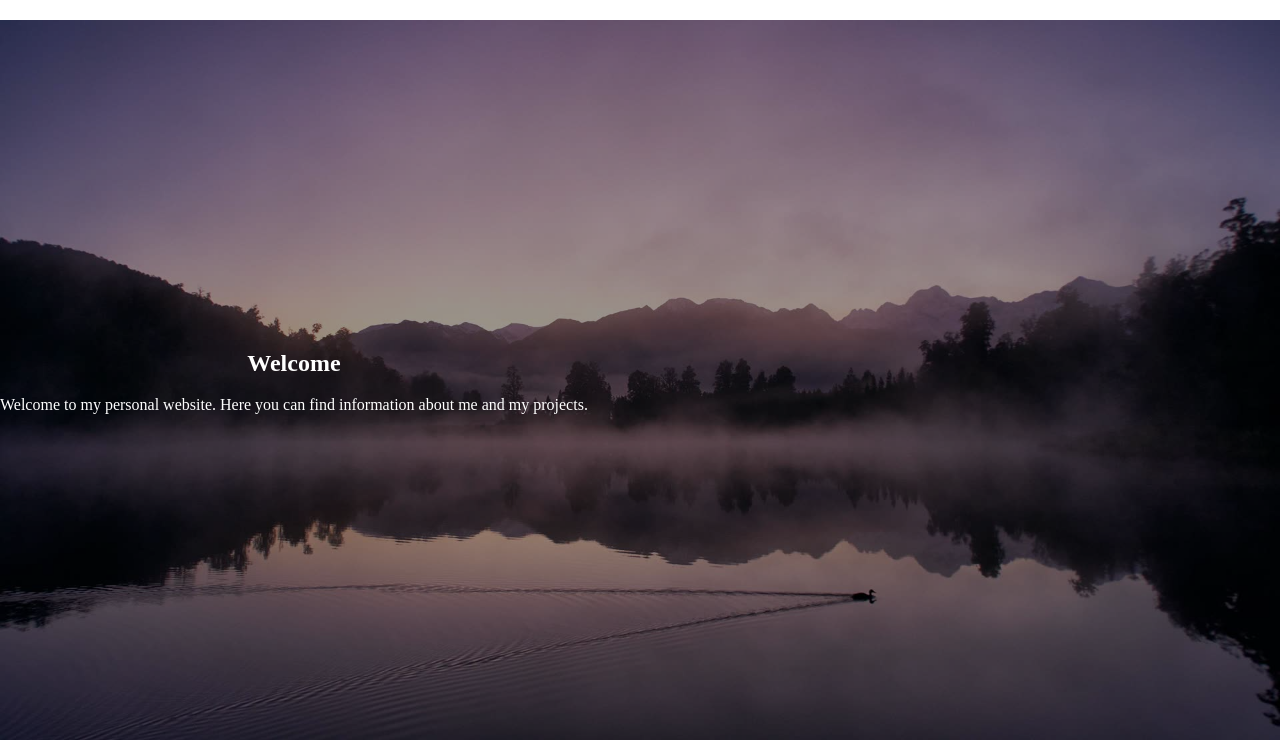
Repository: cydxf/cydxf.github.io
Page: index.html
The author's editor kept a copy of each file at every save. The page is drawn from the files as they stood at one save, then again after the next save.
The browser window is 1280 px wide. The pictures show the whole page.

Above is the page before, as saved 2024-08-02 01:47:19.

### index.html
<!DOCTYPE html>
<html lang="en">
<head>
    <meta charset="UTF-8">
    <meta name="viewport" content="width=device-width, initial-scale=1.0">
    <title>My Personal Website</title>
    <link rel="stylesheet" href="css/styles.css">
</head>
<body>
    <main>
        <section id="home" class="hero">
            <div class="hero-content">
                <h2>Welcome</h2>
                <p>Welcome to my personal website. Here you can find information about me and my projects.</p>
            </div>
        </section>
        <section id="about">
            <h2>About Me</h2>
            <p>This is the about section where you can find more information about me.</p>
        </section>
        <section id="projects">
            <h2>Projects</h2>
            <p>Here are some of my recent projects.</p>
            <ul>
                <li>Project 1</li>
                <li>Project 2</li>
                <li>Project 3</li>
            </ul>
        </section>
        <section id="contact">
            <h2>Contact</h2>
            <p>If you want to get in touch, please contact me via email.</p>
        </section>
    </main>
    <footer>
        <p>&copy; 2024 Huang Jiaxi</p>
    </footer>
    <script src="js/script.js"></script>
    </head>
</body>
</html>

### css/styles.css
body, html {
    margin: 0;
    padding: 0;
    height: 100%;
    width: 100%;
}

.hero {
    position: absolute;
    width: 100%;
    height: 100vh; /* Viewport height */
    left: 0;
    top: 0;
    background-image: url('../resource/image/1.png'); /* 首页大图  */
    background-size: cover;
    background-position: center;
    background-repeat: no-repeat;
    color: #fff;
    display: flex;
    justify-content: left;
    align-items: center;
    text-align: center;
    color: #fff;
}

.hero:before{
    content: '';
    position: absolute;
    top: 0;
    left: 0;
    width: 100%;
    height: 100%;
    background: rgba(0, 0, 0, 0.4);
    z-index: 1;
}

.hero-content {
    position: relative;
    z-index: 2;
}



main {
    padding: 20px;
}

section {
    margin: 20px 0;
}

footer {
    background: #333;
    color: #fff;
    text-align: center;
    padding: 10px;
}

footer p {
    margin: 0;
}

### js/script.js
document.addEventListener("DOMContentLoaded", function() {
    const links = document.querySelectorAll("nav ul li a");

    links.forEach(link => {
        link.addEventListener("click", function(event) {
            event.preventDefault();
            const targetId = this.getAttribute("href").substring(1);
            const targetSection = document.getElementById(targetId);
            window.scrollTo({
                top: targetSection.offsetTop,
                behavior: "smooth"
            });
        });
    });
});

After the next save:
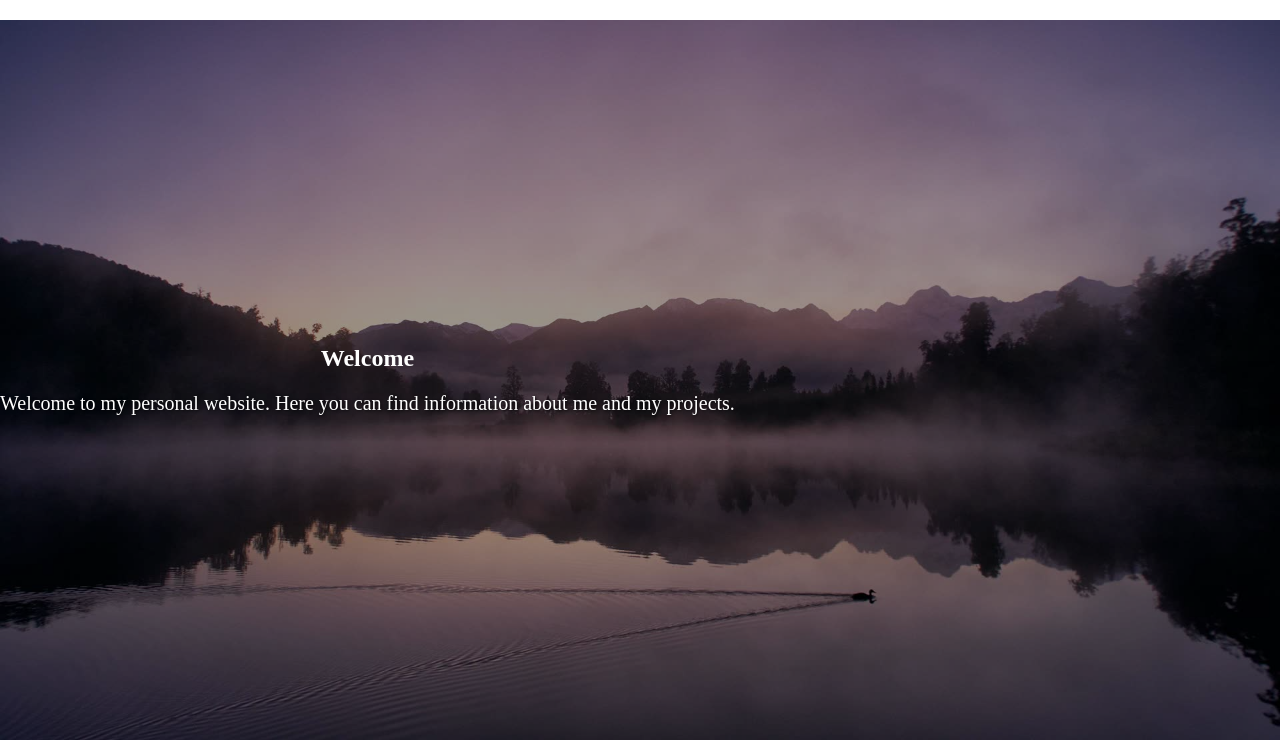
Saved 7 s later.
--- a/css/styles.css
+++ b/css/styles.css
@@ -39,7 +39,18 @@ body, html {
     z-index: 2;
 }
 
+.hero h1 {
+    font-size: 3rem; /* 适当调整标题字体大小 */
+    margin: 0;
+    padding: 0;
+    text-shadow: 2px 2px 4px rgba(0, 0, 0, 0.7); /* 添加文本阴影使其更清晰 */
+}
 
+.hero p {
+    font-size: 1.25rem; /* 适当调整副标题字体大小 */
+    margin-top: 0.5rem;
+    text-shadow: 1px 1px 3px rgba(0, 0, 0, 0.7); /* 添加文本阴影使其更清晰 */
+}
 
 main {
     padding: 20px;
